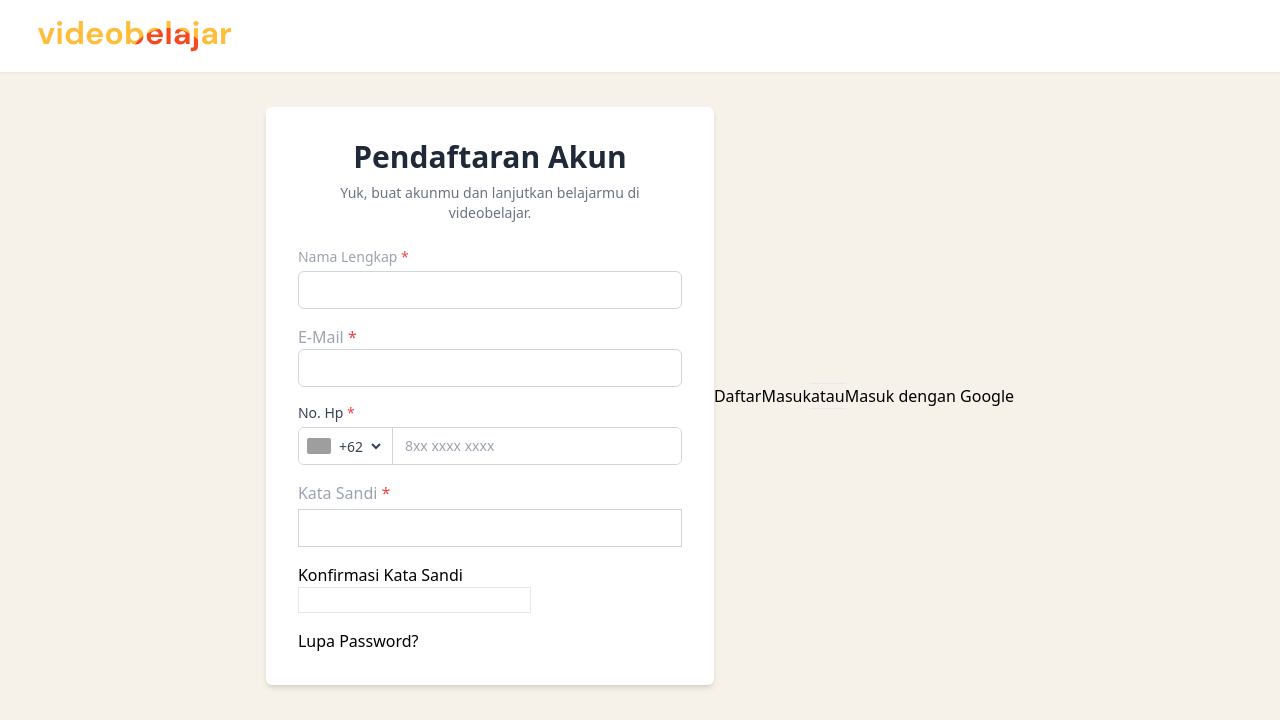
Repository: dimascahyanugraha/Course-Mission-4
Page: /signup
The author's editor kept a copy of each file at every save. The page is drawn from the files as they stood at one save, then again after the next save.
The browser window is 1280 px wide. The pictures show the whole page.
Pictures or frames that could not be fetched are drawn as grey boxes. The project was rebuilt for these pictures with package versions that can differ from the ones it lists, and the page was loaded fresh each time. Also part of the build but not shown: vite.config.js, src/components/LoginPage.jsx.

Above is the page before, as saved 2026-05-29 19:39:15.

### index.html
<!doctype html>
<html lang="en">
  <head>
    <meta charset="UTF-8" />
    <link rel="icon" type="image/svg+xml" href="/favicon.svg" />
    <meta name="viewport" content="width=device-width, initial-scale=1.0" />
    <title>video-belajar</title>
  </head>
  <body>
    <div id="root"></div>
    <script type="module" src="/src/main.jsx"></script>
  </body>
</html>

### src/index.css
@tailwind base;
@tailwind components;
@tailwind utilities;

/* optional reset */
body {
  font-family: system-ui, sans-serif;
}

### src/App.jsx
import { BrowserRouter, Routes, Route, Navigate } from "react-router-dom"; // ← tambah Navigate
import LoginPage from "./components/LoginPage";
import Signup from "./components/Signup";

export default function App() {
  return (
    <BrowserRouter>
      <Routes>
        <Route path="/" element={<Navigate to="/login" />} />{" "}
        {/* ← tambah ini */}
        <Route path="/login" element={<LoginPage />} />
        <Route path="/signup" element={<Signup />} />
      </Routes>
    </BrowserRouter>
  );
}

### src/components/Signup.jsx
import logoVideoBelajar from "../assets/logo_video_belajar.png";
import indonesia from "../assets/indonesia.png";

export default function Signup() {
  return (
    <div className="min-h-screen bg-[#f6f2e9] flex flex-col">
      <header className="bg-white py-2 px-4 shadow-sm">
        <img src={logoVideoBelajar} alt="logo" />
      </header>

      <main className="flex flex-auto justify-center items-center px-4">
        <div className="bg-white w-full max-w-md rounded-md shadow-md p-8">
          <h2 className="text-3xl font-bold text-gray-800 text-center">
            Pendaftaran Akun
          </h2>
          <p className="text-gray-500 text-sm text-center mt-2">
            Yuk, buat akunmu dan lanjutkan belajarmu di videobelajar.
          </p>
          <form className="mt-6 space-y-4">
            <div>
              <label className="block text-sm text-gray-400">
                Nama Lengkap <span className="text-red-500">*</span>
              </label>
              <input
                type="name"
                className="mt-1 w-full border border-gray-300 rounded-md px-3 py-2 text-sm focus:outline-none focus:ring-2 focus:ring-green-500"
              />
            </div>
            <div>
              <label className="block text-md text-gray-400">
                E-Mail <span className="text-red-500">*</span>
              </label>
              <input
                type="email"
                className="mg-1 w-full border border-gray-300 px-3 py-2 text-sm focus:outline-none focus:ring-2 focus:ring-green-500 rounded-md"
              />
            </div>
            {/* NO. HP */}
            <div>
              <label className="block text-sm font-medium text-gray-700">
                No. Hp <span className="text-red-500">*</span>
              </label>
              <div className="mt-1 flex rounded-md border border-gray-300 overflow-hidden focus-within:ring-2 focus-within:ring-green-500">
                <div className="flex items-center gap-1 px-2 bg-white border-r border-gray-300">
                  <img
                    src={indonesia}
                    alt="flag ID"
                    className="w-6 h-4 rounded-sm object-cover"
                  />
                  <select className="text-sm text-gray-700 focus:outline-none bg-transparent cursor-pointer pr-1">
                    <option value="+62">+62</option>
                    <option value="+18">+18</option>
                  </select>
                </div>
                <input
                  type="tel"
                  placeholder="8xx xxxx xxxx"
                  className="flex-1 px-3 py-2 text-sm text-gray-700 focus:outline-none"
                />
              </div>
            </div>{" "}
            {/* ← div No.Hp ditutup di sini */}
            <div>
              <label className="block text-gray-400 text-md ">
                Kata Sandi <span className="text-red-500">*</span>
              </label>
              <input
                type="password"
                className="w-full mt-1 text-sm border border-gray-300 px-3 py-2 focus:outline-none focus:ring-2 focus:ring-green-500"
              />
            </div>
            <div>
              <label>Konfirmasi Kata Sandi</label>
              <input type="password" className="border" />
            </div>
            <div>
              <a href="#">Lupa Password?</a>
            </div>
          </form>{" "}
          {/* ← form ditutup setelah semua input */}
        </div>
        <button>Daftar</button>
        <button>Masuk</button>
        <div>
          <hr className="flex-1 border-gray-200" />
          atau
          <hr className="flex-1 border-gray-200" />
        </div>
        {/* GOOGLE SIGN IN */}
        <button>Masuk dengan Google</button>
      </main>
    </div>
  );
}

### tailwind.config.js
/** @type {import('tailwindcss').Config} */
export default {
  content: ["./indexedDB.html", "./src/**/*.{js,ts,jsx,tsx}"],
  theme: {
    extend: {},
  },
  plugins: [],
};

Loaded but not shown: src/main.jsx (common file)

After the next save:
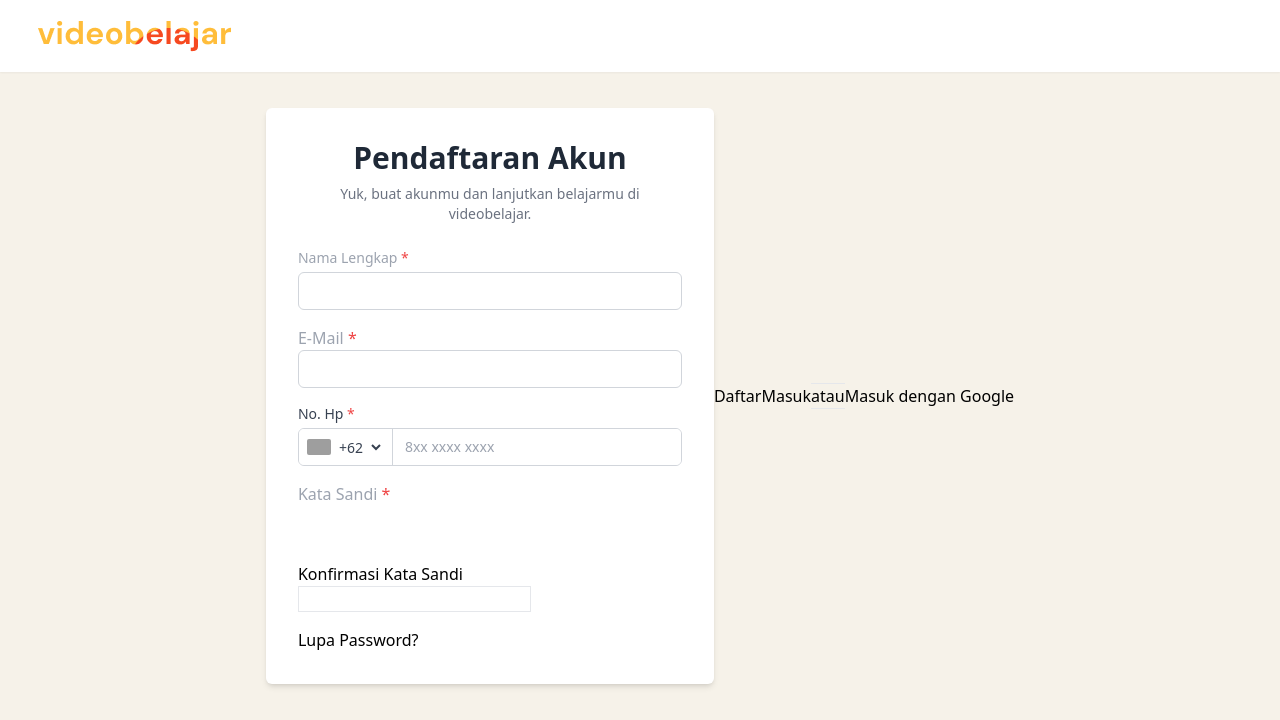
Saved 15 s later.
--- a/src/components/Signup.jsx
+++ b/src/components/Signup.jsx
@@ -66,7 +66,7 @@ export default function Signup() {
               </label>
               <input
                 type="password"
-                className="w-full mt-1 text-sm border border-gray-300 px-3 py-2 focus:outline-none focus:ring-2 focus:ring-green-500"
+                className="w-full mt-1border border-gray-300 px-3 py-2 focus:outline-none focus:ring-2 focus:ring-green-500"
               />
             </div>
             <div>
